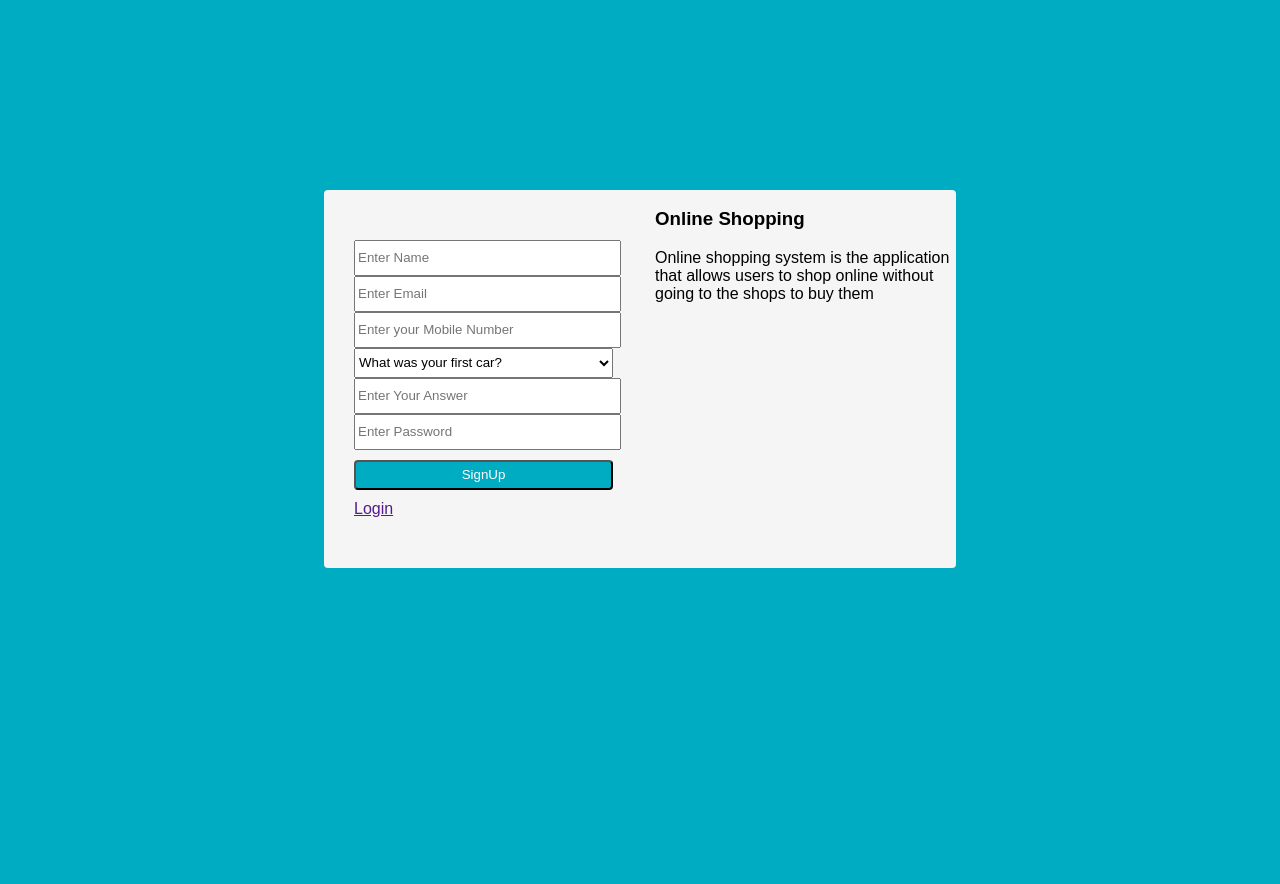
Repository: NidhiDaniel/E-Cart
Page: http://localhost/Online-Shopping-Cart/login.jsp
The author's editor kept a copy of each file at every save. The page is drawn from the files as they stood at one save, then again after the next save.
The browser window is 1280 px wide. The pictures show the whole page.
The page is served by Tomcat 9.

Above is the page before, as saved 2024-01-03 09:29:36.

After the next save:
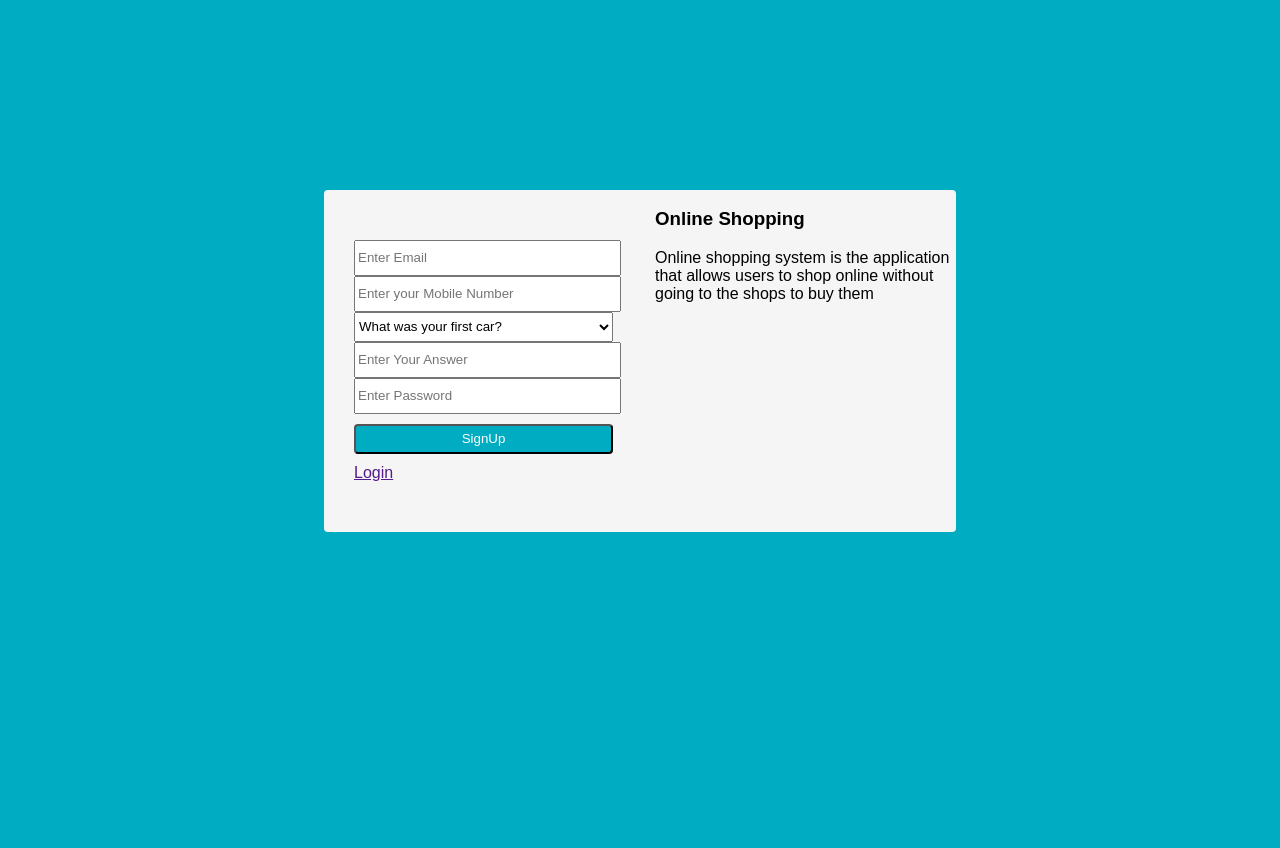
Saved 17 s later.
--- a/Online-Shopping-Cart/src/main/webapp/login.jsp
+++ b/Online-Shopping-Cart/src/main/webapp/login.jsp
@@ -11,7 +11,6 @@
 <div class="container">
 		<div class="left-div">
 			<form action="loginaction.jsp" method="post">
-				<input type="text" name="name" placeholder="Enter Name">
 				<input type="email"name="email" placeholder="Enter Email">
 				<input type="number" name="mobile" placeholder="Enter your Mobile Number">
 				<select name="security_question">
